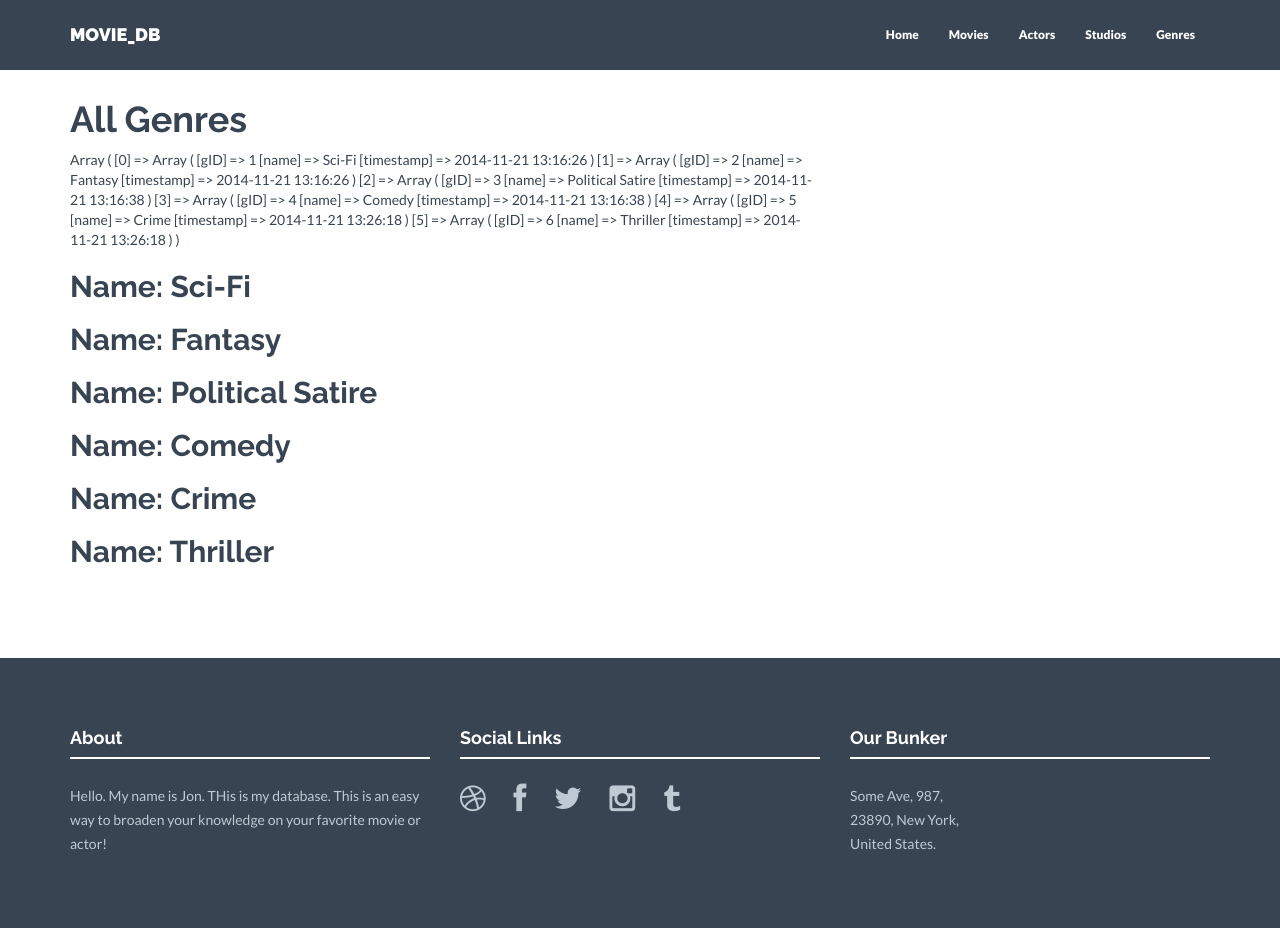
Repository: jonak91/Buzzerd-index
Page: http://localhost/genres.php
The author's editor kept a record of every edit. The page is drawn from the files as they stood at one moment, then again after the next edit.
The browser window is 1280 px wide. The pictures show the whole page.
Some web libraries are served in a nearby version. The page is run by PHP 8.4 with error messages shown; the project is at /var/www/html/. The database holds what the project's SQL file puts in it.

Above is the page before.
Not found: assets/js/modernizr.js

### genres.php
<?php require_once( 'incl/functions.php' ); ?>
<?php require_once( 'incl/header.php' ); ?>

 <div class="container mtb">
	 	<div class="row">

	 		<! -- MAIN CONTENAT AREA -->
	 		<div class="col-lg-8">
	 			<h1>All Genres</h1>

		 		<?php
		 		$genres = get_genres();
		 		print_r (get_genres());
		 		foreach ($genres as $genre) { ?>
		 			<h2>Name: <?php echo $genre['name']; ?></h2>
		 		<?php } ?>
			</div><! --/ MAIN CONTENT AREA -->

	 	</div><! --/row -->
	 </div><! --/container -->

<?php require_once( 'incl/footer.php' ); ?>

### incl/functions.php
<?php
require_once('database.php');

$host= '127.0.0.1';
$u= 'jonak91';
$p = '';
$d= 'movies';

global $db;
$db= new Database($d, $u, $p, $host);

function get_movies(){
	$db = $GLOBALS['db'];
	$results = $db->query("SELECT * FROM movies"); //updated
	return $db->resToArray($results);
}

function get_actors(){
	$db= $GLOBALS['db'];
	$results = $db->query("SELECT * FROM actors ORDER BY 'first_name'"); //updated
	return $db->resToArray($results);
}

function get_studios(){
	$db= $GLOBALS['db'];
	$results = $db->query("SELECT * FROM studio"); //updated
	return $db->resToArray($results);
}

function get_genres(){
	$db= $GLOBALS['db'];
	$results = $db->query("SELECT * FROM genre"); //updated
	return $db->resToArray($results);
}

function get_genre2(){
	$db= $GLOBALS['db'];
	$query= ("SELECT movie.title, genre.name FROM movies, genre, movie_genres WHERE movies.mID = movie_genres.movieID AND genre.ID = movie_genres.genre.ID;");
	return $db->resToArray($query);
}

function get_movie(){
	$db= $GLOBALS['db'];
	$query= ("SELECT * FROM movies WHERE mID = '$mID'");
	return $db->resToArray($query);
}

function get_actor(){
	$db= $GLOBALS['db'];
	$query= ("SELECT actors.aID, actors.first_name, actors.last_name, movies.title,
			FROM actors, movies,
			join movie_actors
			where actors.aID=movie_actors.actorID
			and
			movie_actors.movieID=movies.mID");
	return $db->resToArray($query);
}

function get_actor2(){
	$db= $GLOBALS['db'];
	$query= ("SELECT actors.actorID, actors.first_name, actors.last_name, actors.DoB, actors.bio
            FROM movies.actors
            WHERE movie_actors.actorID = 2
            AND actors.aID = movie_actors.actorID
            AND movies.mID = movie_actors.movieID
            ORDER BY movies.title;");
	return $db->resToArray($query);
}


function add_movie($info){
	$db= $GLOBALS['db'];
	extract($info);
	$timestamp= $db->get_mysql_timestamp();
	$submitted= $db->query("INSERT INTO movies VALUES('', '$mID', '$title', '$year_released', '$synopsis', '$was_novel', '$studioID', '$timestamp')");
	echo "<h3>$name submitted!</h3>";
}

function add_actor($info){
	$db= $GLOBALS['db'];
	extract($info);
	$timestamp= $db->get_mysql_timestamp();
	$submitted= $db->query("INSERT INTO movie_actors VALUES('', '$maID', '$movieID', '$actorID', '$timestamp')");
	echo "<h3>$name submitted!</h3>";
}

function add_genre($info){
	$db= $GLOBALS['db'];
	extract($info);
	$timestamp= $db->get_mysql_timestamp();
	$submitted= $db->query("INSERT INTO movie_genre VALUES('', '$mgID', '$movieID', '$genreID', '$timestamp')");
	echo "<h3>$name submitted!</h3>";
}

function add_studio($info){
	$db= $GLOBALS['db'];
	extract($info);
	$timestamp= $db->get_mysql_timestamp();
	$submitted= $db->query("INSERT INTO studio VALUES('', '$sID', '$name', '$city', '$state', '$zip', '$timestamp')");
	echo "<h3>$name submitted!</h3>";
}

function print_array( $a ) {
?>
  <pre>
  <?php var_dump( $a ); ?>
  </pre>
<?php
}
?>

### incl/database.php
<?php
class Database{
        var $dbName;
        var $user;
        var $password;
        var $host;
        var $lastID;
        var $dbConn;

        //constructor
        function __construct($db, $u, $p, $h){
                $this->dbName= $db;
                $this->user= $u;
                $this->password= $p;
                $this->host= $h;

                //metadata to get entire table list?
        }

        //any query
        function query($query){
                        $this->dbConn= new mysqli($this->host, $this->user, $this->password, $this->dbName);
                        if($this->dbConn->connect_errno > 0){
                                die('Unable to connect to database [' . $dbh->connect_error . ']');
                        }

                        $result= $this->dbConn->query($query) or die('There was an error running the query [' . $this->dbConn->error . ']');
                        $this->lastID= $this->dbConn->insert_id;
                        $this->dbConn->close();

                        return $result;
        }

        function resToArray($res){
                $data= array();
                while($info= mysqli_fetch_assoc($res)){
                        $data[]= $info;
                }

                return $data;
        }

        function get_column($query){

                $res= $this->query($query);

                $data= array();

                while($info= mysqli_fetch_assoc($res)){
                        $key= array_keys($info);
                        $key= $key[0];
                        $data[]= $info[$key];
                }

                return $data;
        }

        function get_row($query){
                $res= $this->query($query);
                $res= $this->resToArray($res);

            return ($res == false) ? $res : $res[0];
        }

        function get_var($query){
                $res= $this->query($query);

                $info= mysqli_fetch_array($res);

                return $info[0];
        }


        function get_mysql_timestamp(){
                return date('Y-m-d H:i:s', time());
        }

        function print_array( $a ) {
        ?>
          <pre>
          <?php var_dump( $a ); ?>
          </pre>
        <?php
        }


        function clean_array($info){
                foreach($info as $key => $val){
                        $info["$key"]= $this->clean($val);
                }

                return $info;
        }


        function clean($a){
                $this->dbConn= new mysqli($this->host, $this->user, $this->password, $this->dbName);
                $a= $this->dbConn->real_escape_string($a);
                $this->dbConn->close();

                return $a;
        }

}


?>

### incl/header.php
<!DOCTYPE html>
<html lang="en">
  <head>
    <meta charset="utf-8">
    <meta http-equiv="X-UA-Compatible" content="IE=edge">
    <meta name="viewport" content="width=device-width, initial-scale=1">
    <meta name="description" content="">
    <meta name="author" content="">
    <link rel="shortcut icon" href="assets/ico/favicon.ico">

    <title>SOLID - Bootstrap 3 Theme</title>

    <!-- Bootstrap core CSS -->
    <link href="assets/css/bootstrap.css" rel="stylesheet">

    <!-- Custom styles for this template -->
    <link href="assets/css/style.css" rel="stylesheet">
    <link href="assets/css/font-awesome.min.css" rel="stylesheet">


    <!-- Just for debugging purposes. Don't actually copy this line! -->
    <!--[if lt IE 9]><script src="../../assets/js/ie8-responsive-file-warning.js"></script><![endif]-->

    <!-- HTML5 shim and Respond.js IE8 support of HTML5 elements and media queries -->
    <!--[if lt IE 9]>
      <script src="https://oss.maxcdn.com/libs/html5shiv/3.7.0/html5shiv.js"></script>
      <script src="https://oss.maxcdn.com/libs/respond.js/1.4.2/respond.min.js"></script>
    <![endif]-->

    <script src="assets/js/modernizr.js"></script>
  </head>

  <body>

    <!-- Fixed navbar -->
    <div class="navbar navbar-default navbar-fixed-top" role="navigation">
      <div class="container">
        <div class="navbar-header">
          <button type="button" class="navbar-toggle" data-toggle="collapse" data-target=".navbar-collapse">
            <span class="sr-only">Toggle navigation</span>
            <span class="icon-bar"></span>
            <span class="icon-bar"></span>
            <span class="icon-bar"></span>
          </button>
          <a class="navbar-brand" href="index.php">MOVIE_DB</a>
        </div>
        <div class="navbar-collapse collapse navbar-right">
          <ul class="nav navbar-nav">
            <li><a href="index.php">Home</a></li>
            <li><a href="movies.php">Movies</a></li>
            <li><a href="actors.php">Actors</a></li>
            <li><a href="studios.php">Studios</a></li>
            <li><a href="genres.php">Genres</a></li>
          </ul>
        </div><!--/.nav-collapse -->
      </div>
    </div>

### incl/footer.php


	<!-- *****************************************************************************************************************
	 FOOTER
	 ***************************************************************************************************************** -->
	 <div id="footerwrap">
	 	<div class="container">
		 	<div class="row">
		 		<div class="col-lg-4">
		 			<h4>About</h4>
		 			<div class="hline-w"></div>
		 			<p>Hello. My name is Jon. THis is my database. This is an easy way to broaden your knowledge on your favorite movie or actor!</p>
		 		</div>
		 		<div class="col-lg-4">
		 			<h4>Social Links</h4>
		 			<div class="hline-w"></div>
		 			<p>
		 				<a href="#"><i class="fa fa-dribbble"></i></a>
		 				<a href="#"><i class="fa fa-facebook"></i></a>
		 				<a href="#"><i class="fa fa-twitter"></i></a>
		 				<a href="#"><i class="fa fa-instagram"></i></a>
		 				<a href="#"><i class="fa fa-tumblr"></i></a>
		 			</p>
		 		</div>
		 		<div class="col-lg-4">
		 			<h4>Our Bunker</h4>
		 			<div class="hline-w"></div>
		 			<p>
		 				Some Ave, 987,<br/>
		 				23890, New York,<br/>
		 				United States.<br/>
		 			</p>
		 		</div>

		 	</div><! --/row -->
	 	</div><! --/container -->
	 </div><! --/footerwrap -->

    <!-- Bootstrap core JavaScript
    ================================================== -->
    <!-- Placed at the end of the document so the pages load faster -->
    <script src="https://ajax.googleapis.com/ajax/libs/jquery/1.11.0/jquery.min.js"></script>
    <script src="assets/js/bootstrap.min.js"></script>
	<script src="assets/js/retina-1.1.0.js"></script>
	<script src="assets/js/jquery.hoverdir.js"></script>
	<script src="assets/js/jquery.hoverex.min.js"></script>
	<script src="assets/js/jquery.prettyPhoto.js"></script>
  	<script src="assets/js/jquery.isotope.min.js"></script>
  	<script src="assets/js/custom.js"></script>


  </body>
</html>

### assets/css/style.css
/*	################################################################

	Author: Carlos Alvarez
	URL: http://alvarez.is

	Project Name: SOLID - Bootstrap 3 Theme
	Version: 1.0
	URL: http://alvarez.is

################################################################# */
@import url(http://fonts.googleapis.com/css?family=Raleway:400,700,900);
@import url(http://fonts.googleapis.com/css?family=Lato:400,900);
@import url("prettyPhoto.css") screen;
@import url("hoverex-all.css") screen;

/*	################################################################
	1. GENERAL STRUCTURES
################################################################# */
	* {
		margin: 0;
		padding: 0px;
	}

body {
	background: #ffffff;
	margin: 0;
	height: 100%;
	color: #384452;
	font-family: 'Lato', sans-serif;
	font-weight: 400;
	}

h1, h2, h3, h4, h5, h6 {
	font-family: 'Raleway', sans-serif;
	font-weight: 700;
}

p {
	padding: 0;
	margin-bottom: 12px;
	font-family: 'Lato', sans-serif;
	font-weight: 400;
	font-size: 14px;
	line-height: 24px;
	color: #384452;
	margin-top: 10px;
}

img {
	height: auto;
	max-width: 100%;
}

a {
	padding: 0;
	margin: 0;
	text-decoration: none;
	-webkit-transition: background-color .4s linear, color .4s linear;
	-moz-transition: background-color .4s linear, color .4s linear;
	-o-transition: background-color .4s linear, color .4s linear;
	-ms-transition: background-color .4s linear, color .4s linear;
	transition: background-color .4s linear, color .4s linear;
}
a:hover,
a:focus {
  text-decoration: none;
  color:#01b2fe;
}

::-moz-selection  {
	color: #fff;
	text-shadow:none;
	background:#2B2E31;
}
::selection {
	color: #fff;
	text-shadow:none;
	background:#2B2E31;
}

.centered {
	text-align: center
}

/*	################################################################
	BOOTSTRAP MODIFICATIONS & TWEAKS
################################################################# */
.navbar {
	min-height: 70px;
	padding-top: 10px;
	margin-bottom: 0px;
}

.navbar-brand {
	font-family: 'Raleway', sans-serif;
	font-weight: 900;
}

.navbar-header .navbar-brand {
	color: white;
}

.navbar-default .navbar-nav > li > a {
	color: white;
	font-weight: 700;
	font-size: 12px;
}

.navbar-default .navbar-nav > li > a:hover {
	color: #00b3fe;
}

.navbar-default .navbar-nav > .active > a, .navbar-default .navbar-nav > .active > a:hover, .navbar-default .navbar-nav > .active > a:focus {
	color: #00b3fe;
	background-color: transparent;
}

.navbar-default {
	background-color: #384452;
	border-color: transparent;
}

.dropdown-menu {
	background: #384452;
}

.dropdown-menu > li > a {
	color: white;
	font-weight: 700;
	font-size: 12px;
}

.btn-theme {
  color: #fff;
  background-color: #384452;
  border-color: #384452;
  margin: 4px;
}
.btn-theme:hover,
.btn-theme:focus,
.btn-theme:active,
.btn-theme.active,
.open .dropdown-toggle.btn-theme {
  color: #fff;
  background-color: #00b3fe;
  border-color: #00b3fe;
}

.dmbutton:hover,
.dmbutton:active,
.dmbutton:focus{
	color: #ffffff;
	background-color: #222222;
	border-color: #ffffff;
}
.dmbutton {
	background:rgba(0, 0, 0, 0);
	border: 1px solid #ffffff;
	color: #ffffff;
	-webkit-border-radius: 2px;
	border-radius: 2px;
	padding-top: 1.025rem;
	padding-right: 2.25rem;
	letter-spacing:0.85px;
	padding-bottom: 1.0875rem;
	padding-left: 2.25rem;
	font-size: 1.55rem;
	cursor: pointer;
	font-weight: normal;
	line-height: normal;
	margin: 0 0 1.25rem;
	text-decoration: none;
	text-align: center;
	display: inline-block;
	-webkit-transition: background-color 300ms ease-out;
	-moz-transition: background-color 300ms ease-out;
	transition: background-color 300ms ease-out;
	-webkit-appearance: none;
	font-weight: normal !important;
}

.mtb {
	margin-top: 80px;
	margin-bottom: 80px;
}

.mb {
	margin-bottom: 60px;
}

.mt {
	margin-top: 60px;
}

.hline {
	border-bottom: 2px solid #384452;
}

.hline-w {
	border-bottom: 2px solid #ffffff;
	margin-bottom: 25px;
}
/*	################################################################
	SITE WRAPS
################################################################# */

#headerwrap {
	background-color: #00b3fe;
	min-height: 550px;
	padding-top: 100px;
	padding-bottom: 0px;
	text-align: center;
}

#headerwrap h3, h5 {
	color: white;
	font-weight: 400;
}

#headerwrap h1 {
	color: white;
	margin-bottom: 25px;
}

#headerwrap .img-responsive {
	margin: 0 auto;
}

/* Services Wrap */
#service {
	margin-top: 100px;
	margin-bottom: 80px;
}

#service i {
	color: #00b3fe;
	font-size: 60px;
	padding: 15px;
}

/* Portfolio Wrap */
#portfoliowrap {
	padding-top: 60px;
	margin-bottom: 60px;
	display: block;
	text-align: center
}

#portfoliowrap h3 {
	margin-bottom: 25px;
}

.portfolio {
	padding:0 !important;
	margin:0 !important;
	display:block;
}


.portfolio-item .title:before {border-radius:0; display:none}
.portfolio-item p {margin:0px 0 30px;}
.portfolio-item h3 {margin:-10px 0 10px; font-size:16px; text-transform:uppercase;}


.tpl6 h3
{
	color:#fff;
	margin:0;
	padding:40px 5px 0;
	font-size:16px;
	text-transform:uppercase;
}
.tpl6 .dmbutton
{
	display:inline-block;
	margin:30px 5px 20px 5px;
	font-size:13px;
}

.tpl6 .bg
{
	height:100%;
	width:100%;
	background-color:#00b3fe;
	background-color:rgba(0,179,254,.9);
	text-align:center;
}

/* Testimonials Wrap */
#twrap {
	background: url(../img/t-back.jpg) no-repeat center top;
	margin-top: 0px;
	padding-top:60px;
	text-align:center;
	background-attachment: relative;
	background-position: center center;
	min-height: 450px;
	width: 100%;

    -webkit-background-size: 100%;
    -moz-background-size: 100%;
    -o-background-size: 100%;
    background-size: 100%;

    -webkit-background-size: cover;
    -moz-background-size: cover;
    -o-background-size: cover;
    background-size: cover;
}

#twrap i {
	font-size: 50px;
	color: white;
	margin-bottom: 25px;
}

#twrap p {
	color: white;
	font-size: 15px;
	line-height: 30px;
}

/* clients logo */
#cwrap {
	background: #f7f7f7;
	margin-top: 0px;
	padding-top: 80px;
	padding-bottom: 100px;
}

#cwrap h3 {
	margin-bottom: 60px;
}

/* Footer */
#footerwrap {
	padding-top: 60px;
	padding-bottom: 60px;
	background: #384452;
}

#footerwrap p {
	color: #bfc9d3;
}

#footerwrap h4 {
	color: white;
}

#footerwrap i {
	font-size: 30px;
	color: #bfc9d3;
	padding-right: 25px;
}

#footerwrap i:hover {
	color: #00b3fe
}

/*	################################################################
	PAGE CONFIGURATIONS
################################################################# */
/* General Tweaks */

#blue {
	background: #00b3fe;
	margin-top: 60px;
	margin-bottom: 60px;
	padding-top: 25px;
	padding-bottom: 25px;
}

#blue h3 {
	color: white;
	margin-left: 15px;
}

.ctitle {
	color: #00b3fe;
	font-weight: 700;
	margin-bottom: 15px;
}

csmall {
	font-size: 12px;
	color: #b3b3b3;
}
csmall2 {
	font-size: 12px;
	color: #f39c12
}

.spacing {
	margin-top: 40px;
	margin-bottom: 40px;
}

.badge-theme {
	background: #00b3fe;
}

/* Contact Page */
#contactwrap {
	background: url(../img/contact.jpg) no-repeat center top;
	margin-top: -60px;
	padding-top:0px;
	text-align:center;
	background-attachment: relative;
	background-position: center center;
	min-height: 400px;
	width: 100%;

    -webkit-background-size: 100%;
    -moz-background-size: 100%;
    -o-background-size: 100%;
    background-size: 100%;

    -webkit-background-size: cover;
    -moz-background-size: cover;
    -o-background-size: cover;
    background-size: cover;
}

/* Blog Page */
.popular-posts {
	margin: 0px;
	padding-left: 0px;
	}

.popular-posts li {
	list-style: none;
	margin-bottom: 20px;
	min-height: 70px;
}
.popular-posts li a,
.popular-posts li a:hover {
	color:#2f2f2f;
	text-decoration: none;
	}

.popular-posts li img {
	float: left;
	margin-right: 20px;
	}

.popular-posts li em {
	font-family: 'Lato', sans-serif;
	font-size: 12px;
	color: #b3b3b3
	}

.popular-posts p {
	line-height: normal;
	margin-bottom: auto;
}

.share i {
	padding-right: 15px;
	font-size: 18px;
}

### job.sql (the tables this page reads)
CREATE TABLE IF NOT EXISTS `genre` (
`gID` smallint(6) NOT NULL,
  `name` varchar(50) NOT NULL,
  `timestamp` timestamp NOT NULL DEFAULT CURRENT_TIMESTAMP ON UPDATE CURRENT_TIMESTAMP
) ENGINE=InnoDB AUTO_INCREMENT=7 DEFAULT CHARSET=latin1;

INSERT INTO `genre` (`gID`, `name`, `timestamp`) VALUES
(1, 'Sci-Fi', '2014-11-21 13:16:26'),
(2, 'Fantasy', '2014-11-21 13:16:26'),
(3, 'Political Satire', '2014-11-21 13:16:38'),
(4, 'Comedy', '2014-11-21 13:16:38'),
(5, 'Crime', '2014-11-21 13:26:18'),
(6, 'Thriller', '2014-11-21 13:26:18');

ALTER TABLE `genre`
 ADD PRIMARY KEY (`gID`);

ALTER TABLE `genre`
MODIFY `gID` smallint(6) NOT NULL AUTO_INCREMENT,AUTO_INCREMENT=7;

Loaded but not shown: assets/css/bootstrap.css (library); assets/css/font-awesome.min.css (library); assets/js/bootstrap.min.js (library); assets/js/jquery.hoverdir.js (library); assets/js/jquery.hoverex.min.js (library); assets/js/jquery.prettyPhoto.js (library); assets/js/jquery.isotope.min.js (library); assets/js/custom.js (common file); assets/js/retina-1.1.0.js (151 lines, source omitted); assets/css/hoverex-all.css (2838 lines, source omitted); assets/css/prettyPhoto.css (170 lines, source omitted)

After the next edit:
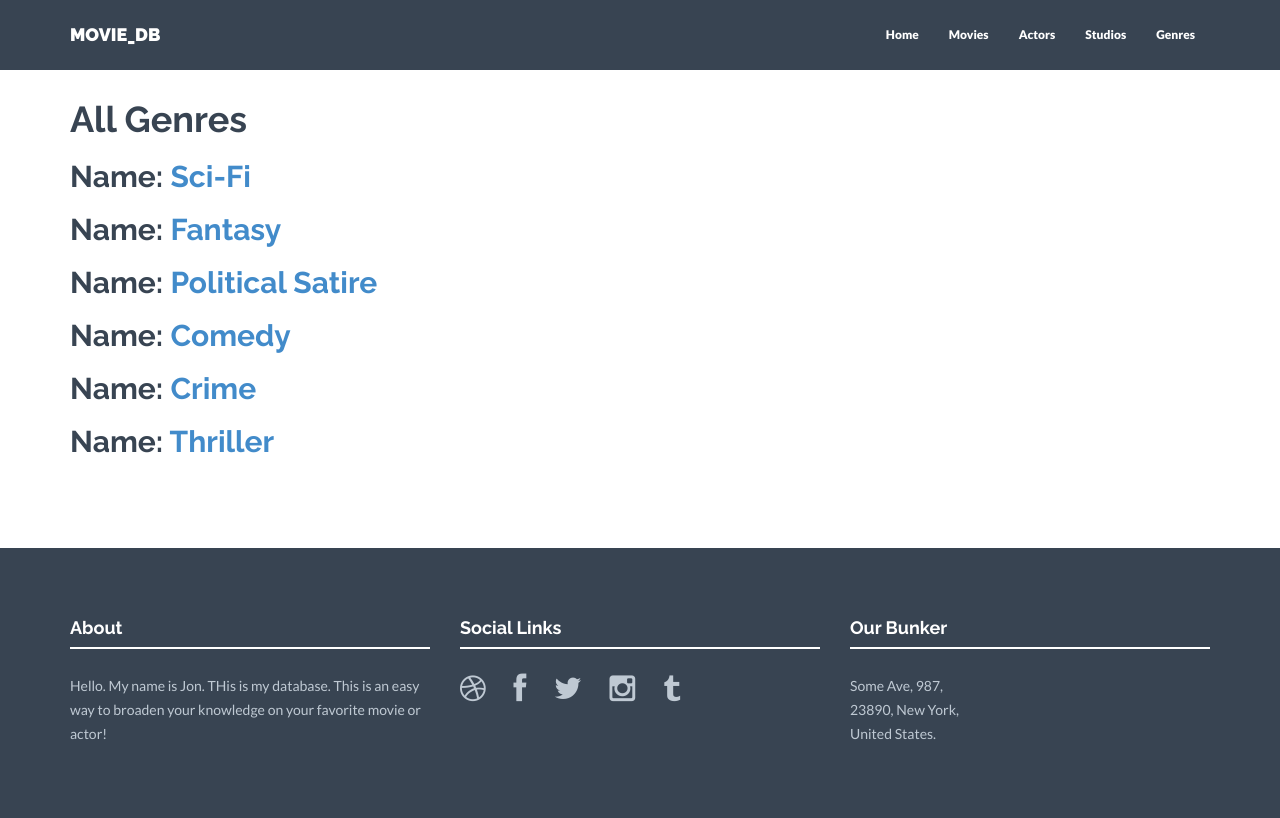
The edit:
--- a/genres.php
+++ b/genres.php
@@ -10,9 +10,8 @@
 
 		 		<?php
 		 		$genres = get_genres();
-		 		print_r (get_genres());
 		 		foreach ($genres as $genre) { ?>
-		 			<h2>Name: <?php echo $genre['name']; ?></h2>
+		 		<h2>Name: <a href="genre.php?gID=<?php echo $genre['gID']; ?>"><?php echo $genre['name']; ?></a></h2>
 		 		<?php } ?>
 			</div><! --/ MAIN CONTENT AREA -->
 
